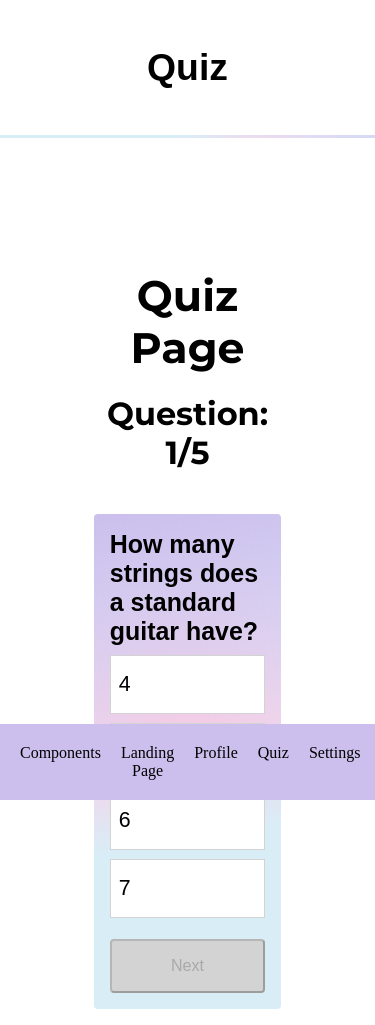
Repository: 1medi/pocketprof
Page: /quiz/page
An editor plug-in stored every save of this project. The page is shown before and after the next save, followed by the edit.
The browser window is 375 px wide. The pictures show the whole page.
The project was rebuilt for these pictures with package versions that can differ from the ones it lists, and the page was loaded fresh each time. The framework's server and built-in components were replaced by stand-ins that run in the browser. Also part of the build but not shown: next.config.mjs, Components/Buttons/Oscar/Oscar.module.css, Components/Buttons/Oscar/index.js.

Above is the page before, as saved 2024-04-13 21:01:26.

After the next save:
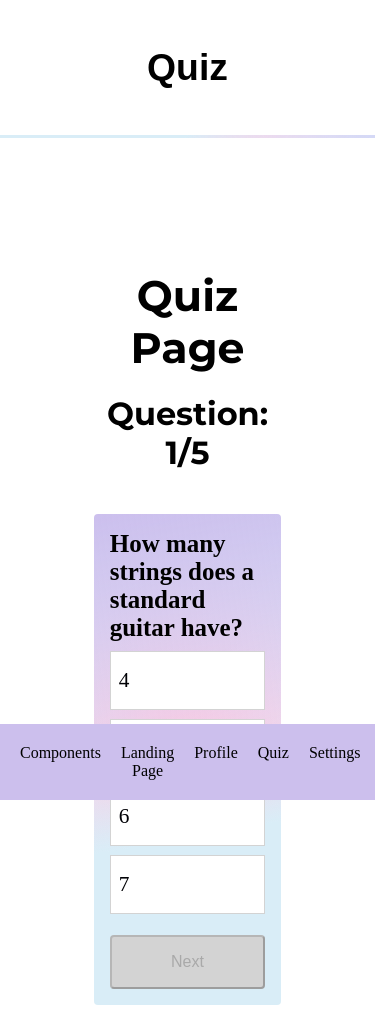
Saved 33 s later.
--- a/pages/quiz/page.module.css
+++ b/pages/quiz/page.module.css
@@ -1,10 +1,8 @@
 
 @media only screen and (max-width:431px) {
   .container{
-  padding: 1rem 2rem;
+  padding: 1rem 0;
   background-color: white;
-  font-family: "Noto", sans-serif;
-  max-width: 740px;
   width: 50%;
   margin: auto;
   margin-top: 5em;
